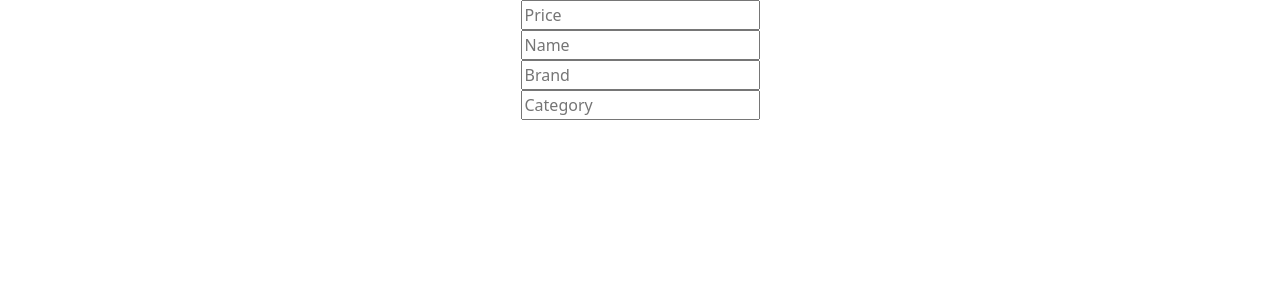
Repository: SriChakraTeja/json-crud
Page: /create-products
The author's editor kept a copy of each file at every save. The page is drawn from the files as they stood at one save, then again after the next save.
The browser window is 1280 px wide. The pictures show the whole page.
The project was rebuilt for these pictures with package versions that can differ from the ones it lists, and the page was loaded fresh each time. Also part of the build but not shown: src/components/Home.js, src/components/ProductDetails.js.

Above is the page before, as saved 2023-12-23 14:22:44.

### src/index.js
import React from 'react';
import ReactDOM from 'react-dom/client';
import './index.css';
import App from './App';
import reportWebVitals from './reportWebVitals';
import { BrowserRouter as Router } from 'react-router-dom';
import '../node_modules/bootstrap/dist/css/bootstrap.min.css'

const root = ReactDOM.createRoot(document.getElementById('root'));
root.render(
  <React.StrictMode>
    <Router>
      <App />
    </Router>
  </React.StrictMode>
);

// If you want to start measuring performance in your app, pass a function
// to log results (for example: reportWebVitals(console.log))
// or send to an analytics endpoint. Learn more: https://bit.ly/CRA-vitals
reportWebVitals();

### src/App.js
import React from 'react'
import { Routes,Route } from 'react-router-dom'
import Home from './components/Home'
import ProductDetails from './components/ProductDetails'
import CreateProducts from './components/CreateProducts'

const App = () => {
  return (
    <main>
      <Routes>
        <Route path="/" element = {<Home/>}/>
        <Route path='/create-products' element={<CreateProducts/>} />
        <Route path='/products/:id' element= {<ProductDetails />} />
      </Routes>
    </main>
  )
}

export default App

### src/components/CreateProducts.js
import React from 'react'
import { useState } from 'react'

const CreateProducts = () => {
    const[products,setProducts] = useState({
        price : '',
        name : '',
        brand : '',
        category : '',
    })
    const {price,name,brand,category} = {...products}
    const handleChange = (e) => {
        setProducts({...products,[e.target.name]:e.target.value})
    }
    return (
        <section className='create-products'>
            <center>
                <form className = 'col-md-6'>
                    <input type='number' placeholder='Price' onChange = {handleChange}
                    name = 'price' value = {price}/>
                    <br />
                    <input type='text' placeholder='Name' onChange = {handleChange}
                    name = 'name' value = {name}/>
                    <br />
                    <input type='text' placeholder='Brand' onChange = {handleChange}
                    name = 'brand' value = {brand}/>
                    <br />
                    <input type='text' placeholder='Category' onChange = {handleChange}
                    name = 'category' value = {category}/>
                    <br />
                </form>
            </center>
        </section>
    )
}

export default CreateProducts

Loaded but not shown: public/index.html (common file); src/index.css (common file); src/reportWebVitals.js (common file)

After the next save:
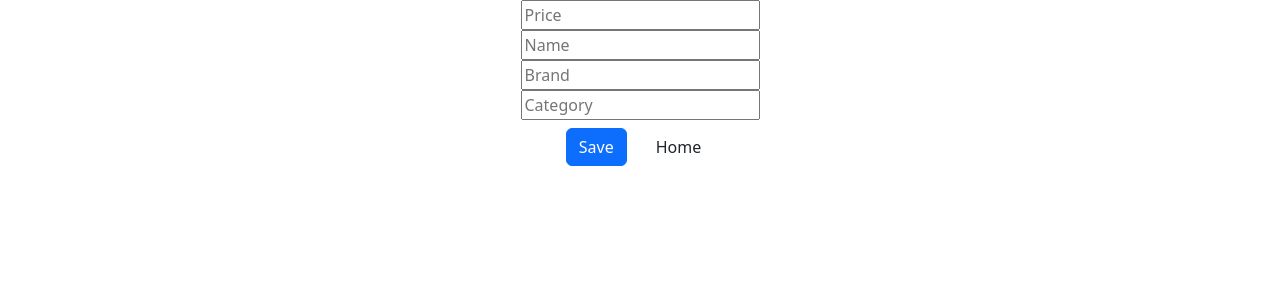
Saved 41 s later.
--- a/src/components/CreateProducts.js
+++ b/src/components/CreateProducts.js
@@ -28,6 +28,8 @@ const CreateProducts = () => {
                     <input type='text' placeholder='Category' onChange = {handleChange}
                     name = 'category' value = {category}/>
                     <br />
+                    <button className='btn btn-primary btn-md m-2'>Save</button>
+                    <button className='btn btn-seconday btn-md m-2'>Home</button>
                 </form>
             </center>
         </section>
